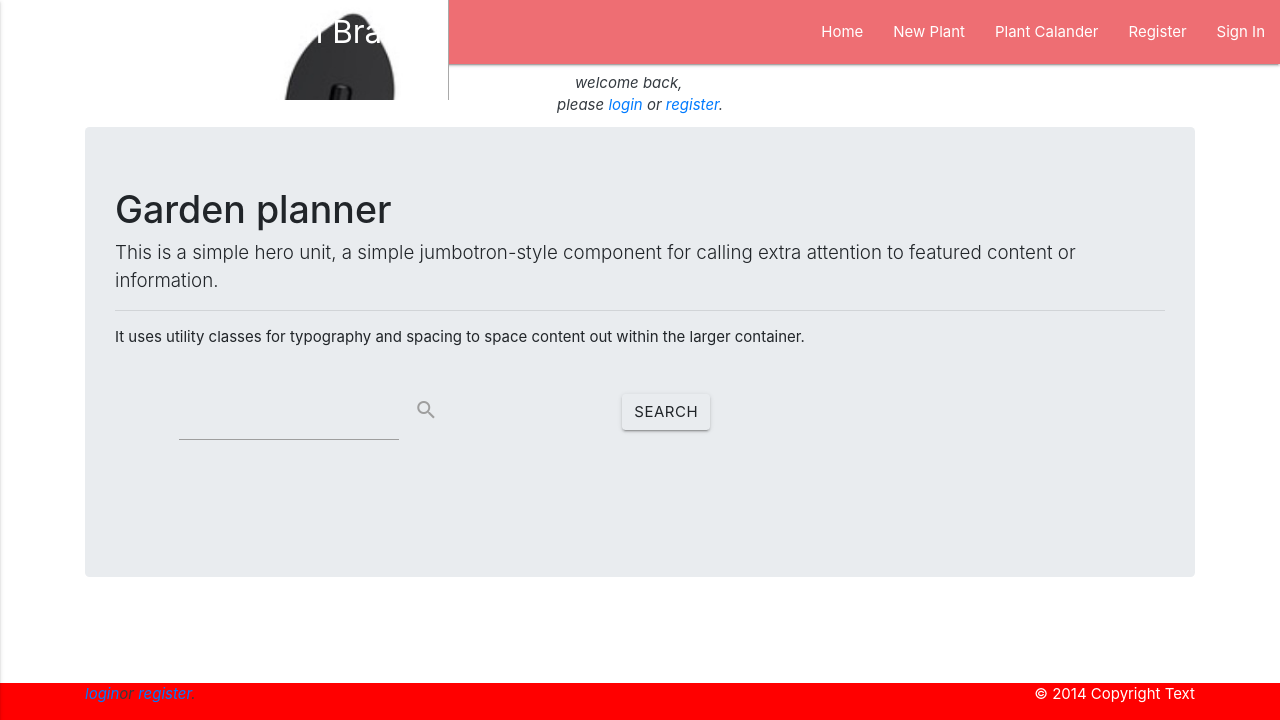
Repository: Lemoenskil/Milestone_project_3_Garden_planner
Page: http://localhost/
The author's editor kept a record of every edit. The page is drawn from the files as they stood at one moment, then again after the next edit.
The browser window is 1280 px wide. The pictures show the whole page.
Some web libraries are served in a nearby version. The page is served by the project's application, run on Flask 3 (app.py). Other server files are loaded and not shown. Queries for data that is not in the repository find no rows.

Above is the page before.
Console error: TypeError: $(...).floatingActionButton is not a function

### templates/plant_records.html
{% extends "base.html" %}
{% block content %}
<div class="">
  <div class="jumbotron text-left">
    <h1 class="display-6">Garden planner</h1>
    <p class="lead">This is a simple hero unit, a simple jumbotron-style component for calling extra attention to featured content or information.</p>
    <hr class="my-6">
    <p>It uses utility classes for typography and spacing to space content out within the larger container.</p>
    <div class="row">
      <form class="col-lg-12" id="search-site" action="{{ url_for('search') }}" ' method='get '>
        <div class="input-group mt-5 col-8">
          <div class="col-6 float-left">
          <label><input id="search" type="search" name='query' class="col-9"><i class="material-icons col-2" >search</i></label>
          </div>
          <div class="col-4 float-right">
          <button type="submit" class="input-group-addon btn">search</button>
          </div>
        </div>
      </form>
    </div>
  </div>
</div>

<div class="row text-center justify-content-center">
  {% for plant in plants%}
    <a href="{{url_for('view_plant', plant_id=plant._id)}}" class="card col-md-4 col-lg-3 mt-5 col-sm-12 col-xl-3" >
      <img src="{{plant.picture_link}}" class="card-img-top" alt="Responsive image" class="img-thumbnail">
      <div class="card-body">
         <h5 class="card-title">{{plant.plant_name}}</h5>
      </div>
    </a>
  {%endfor%}
</div>

<div>
  <div aria-label="" class="card-sm">
    <ul class="pagination justify-content-center">
      {% if page > 1 %}
      <li class="page-item">
        <a class="page-link" href="{{url_for('get_plant_record', page=page-1)}}" aria-label="Previous">
          <span aria-hidden="true">&laquo;</span>
          <span class="sr-only">Previous</span>
        </a>
      </li>
      {% endif %}
      {% for pagenum in pages %}
        {% if pagenum == page %}
          <li class="page-item active" aria-current="page">
        <a class="page-link" href="#">{{ pagenum }}<span class="sr-only">(current)</span></a> {% else %}
        <li class="page-item">
          <a class="page-link" href="{{url_for('get_plant_record', page=pagenum)}}">{{ pagenum }}</a></li>
        {% endif %}
      {% endfor %}
      {% if page < total %}
        <li class="page-item">
          <a class="page-link" href="{{url_for('get_plant_record', page=page+1)}}" aria-label="Next">
            <span aria-hidden="true">&raquo;</span>
            <span class="sr-only">Next</span>
          </a>
        </li>
      {% endif %}
    </ul>
  </div>
</div>

{% endblock %}

### templates/base.html
<!DOCTYPE html>
<html lang="en">
<head>
    <meta charset="UTF-8">
    <meta name="viewport" content="width=device-width, initial-scale=1.0">
    <meta http-equiv="X-UA-Compatible" content="ie=edge">
    <link href="https://fonts.googleapis.com/icon?family=Material+Icons" rel="stylesheet">
    <link rel="stylesheet" href="https://cdnjs.cloudflare.com/ajax/libs/materialize/0.100.2/css/materialize.min.css">
    <link href="https://stackpath.bootstrapcdn.com/bootstrap/4.4.1/css/bootstrap.min.css" rel="stylesheet" integrity="sha384-Vkoo8x4CGsO3+Hhxv8T/Q5PaXtkKtu6ug5TOeNV6gBiFeWPGFN9MuhOf23Q9Ifjh" crossorigin="anonymous">
    <link rel="stylesheet" href="{{url_for('static', filename='css/style.css')}}" type="text/css" />
    <title>Garden Planner</title>
</head>
<body>
    <header>
       <nav>
            <div class="nav-wrapper">
                <a href="{{url_for('get_plant_record')}}" class="brand-logo">Garden Planner North Brabant</a>
                <a href="{{url_for('get_plant_record')}}" data-activates="mobile" class="button-collapse"><i class="material-icons">menu</i></a>
                <ul class="right hide-on-med-and-down">
                    <li><a href="{{url_for('get_plant_record')}}">Home</a></li>
                    <li><a href="{{url_for('add_plant')}}">New Plant</a></li>
                    <li><a href="{{url_for('list_plant')}}">Plant Calander</a></li>
                    <li><a href="{{url_for('register_new_user')}}">Register</a></li>
                    <li><a href="">Sign In</a></li>
                </ul>
                <ul class="side-nav" id="mobile">
                    <li><a href="{{url_for('get_plant_record')}}">Home</a></li>
                    <li><a href="{{url_for('add_plant')}}">New Plant</a></li>
                    <li><a href="{{url_for('list_plant')}}">Plant Calander</a></li>
                    <li><a href="{{url_for('register_new_user')}}">Register</a></li>
                    <li><a href="">Sign In</a></li>

                </ul>
            </div>
        </nav>
            <div class="text-dark font-italic bg-transparent text-center pt-2 pr-4">welcome back, </div>
            <div class="text-dark font-italic bg-transparent text-center">please <a href="">login</a>
                or <a href="">register</a>.
            </div>
    </header>

    <main class="container">
        {% block content %}{% endblock %}

    </main>

    <footer class="page-footer">
        <div class="container" class="footer-copyright">
            <p class=float-right> © 2014 Copyright Text </p>
            <p class="text-dark font-italic bg-transparent float-left">
            <a href="">login</a>or <a href="">register</a>.</p>
        </div>
    </footer>

    <script src="https://code.jquery.com/jquery-3.4.1.slim.min.js" integrity="sha384-J6qa4849blE2+poT4WnyKhv5vZF5SrPo0iEjwBvKU7imGFAV0wwj1yYfoRSJoZ+n" crossorigin="anonymous"></script>
    <script src="https://cdnjs.cloudflare.com/ajax/libs/jquery/3.2.1/jquery.min.js"></script>
    <script src="https://stackpath.bootstrapcdn.com/bootstrap/4.4.1/js/bootstrap.min.js"></script>
    <script src="https://cdnjs.cloudflare.com/ajax/libs/materialize/0.100.2/js/materialize.min.js"></script>
    <script src="https://maxcdn.bootstrapcdn.com/bootstrap/4.1.1/js/bootstrap.min.js"></script>
    <script type="text/javascript">
        $(document).ready(function() {
            $(".button-collapse").sideNav();
            $('.fixed-action-btn').floatingActionButton();
        });
        $('#myModal').on('shown.bs.modal', function () {
             $('#myInput').trigger('focus')
        });
    </script>
</body>

</html>

### app.py
import os
from flask import Flask, render_template, redirect, request, url_for, session, flash
from flask_pymongo import PyMongo
from form import LoginForm, RegisterForm
from bson.objectid import ObjectId
import math
import re
import bcrypt



app = Flask ("----name----")
app.config["MONGO_DBNAME"] = 'garden_planner'
app.config["MONGO_URI"] = 'mongodb+srv://CP3O:iYmkh8QOgi2fhu2y@lemoenskil-4vjdx.mongodb.net/garden_planner?retryWrites=true&w=majority'

# Set the secret key to some random bytes. Keep this really secret!
app.secret_key = os.environ.get('SECRET_KEY') or 'y6rdh777y685hf67gk9786j65g9h*&^^*(^'

plants_per_page = 6

mongo = PyMongo(app)

@app.route('/')
@app.route('/plant_records')
def get_plant_record():
    page_number = int(request.args.get('page', 1))
    plants_to_skip = (page_number - 1) * plants_per_page
    plant_count = mongo.db.plant_data.count({})
    page_count = int(math.ceil(plant_count / plants_per_page))
    page_numbers = range(1, page_count + 1)
    plants_on_page = mongo.db.plant_data.find().skip(plants_to_skip).limit(plants_per_page)
    return render_template("plant_records.html", title="Home", plants=plants_on_page, page=page_number, pages=page_numbers, total=page_count)

@app.route('/register', methods=['GET', 'POST'])
def register_new_user():
    """Registers a new user"""
    form = RegisterForm(request.form)
    if form.validate_on_submit():
        all_existing_users = mongo.db.user_data
        found_user = all_existing_users.find_one({
            'name': request.form['username']
        })

        if found_user:
            flash(f"Username `{request.form['username']}` is already taken. Please try a different username.")
            return redirect(url_for('register_new_user'))
        else:
            # Convert password to hash to prevent password leakage should we get hacked
            hashed_password = bcrypt.hashpw(
                request.form['password'].encode('utf-8'), bcrypt.gensalt()
            )
            all_existing_users.insert_one({
                'name': request.form['username'],
                'password': hashed_password,
                'email': request.form['email']
            })
            # User successfully registered, so treat the user as logged in.
            session['username'] = request.form['username']
            return redirect(url_for('get_plant_record'))
    return render_template('register.html', title='Register', form=form)


@app.route('/list_plant')
def list_plant():
    return render_template("list_plant.html", plants=mongo.db.plant_data.find())

@app.route('/view_plant/<plant_id>')
def view_plant(plant_id):
    """Shows full plant details"""
    mongo.db.plant_data.find_one(
        {'_id': ObjectId(plant_id)},
    )
    plant_db = mongo.db.plant_data.find_one_or_404({'_id': ObjectId(plant_id)})
    return render_template("view_plant.html", plant=plant_db)

@app.route('/add_plant')
def add_plant():
    return render_template("add_plant.html")

@app.route('/insert_plant', methods=['POST'])
def insert_plant():
    plants = mongo.db.plant_data
    plants.insert_one(convert_form_to_plant_data(request.form))
    return redirect(url_for('get_plant_record'))

@app.route('/update_plant/<plant_id>')
def update_plant(plant_id):
    plants =  mongo.db.plant_data.find_one({"_id": ObjectId(plant_id)})
    return render_template('update_plant.html', plant=plants)

def convert_form_to_plant_data(form):
    value_sowing_under_glass = [ month for month in range(1, 13) if f"sowing-under-glass-{month}" in form ]
    value_outside_seeding = [ month for month in range(1, 13) if f"outside-seeding-{month}" in form ]
    value_harvest = [ month for month in range(1, 13) if f"harvest-{month}" in form ]
    return {
        'plant_name':form.get('plant_name'),
        'picture_link':form.get('picture_link'),
        'crop_group': form.get('crop_group'),
        'crop_family': form.get('crop_family'),
        'soil':form.get('soil'),
        'frost_tolerant':form.get('frost_tolerant'),
        'position':form.get('position'),
        'feeding':form.get('feeding'),
        'companions':form.get('companions'),
        'spacing':form.get('spacing'),
        'Sow_and_Plant':form.get('Sow_and_Plant'),
        'Harvesting':form.get('Harvesting'),
        'Pests':form.get('Pests'),
        'Note':form.get('Note'),
        'value_sowing_under_glass':value_sowing_under_glass,
        'value_outside_seeding':value_outside_seeding,
        'value_harvest':value_harvest,
    }

@app.route('/edit_plant/<plant_id>', methods=["POST"])
def edit_plant(plant_id):
    plants = mongo.db.plant_data
    plants.update( {'_id': ObjectId(plant_id)}, convert_form_to_plant_data(request.form))
    return redirect(url_for('get_plant_record'))

@app.route('/delete_plant/<plant_id>')
def delete_plant(plant_id):
    mongo.db.plant_data.remove({'_id': ObjectId(plant_id)})
    return redirect(url_for('get_plant_record'))

@app.route('/search')
def search():
    """Provides logic for search bar"""
    query_A = request.args['query'].strip()
    regx = re.compile(f".*{query_A}.*", re.IGNORECASE)
    query = {'$regex': regx }
    results = mongo.db.plant_data.find({
        '$or': [
            {'plant_name': query},
            {'Note': query},
            {'crop_group': query},
        ]
    })
    return render_template('search_results.html', query=query_A, results=results)

if __name__ == '__main__':
    app.run(host=os.environ.get('IP'),
            port=int(os.environ.get('PORT')),
            debug=True)

### static/css/style.css
.mt-5, .my-5 {
    margin: 2rem!important;
}

.brand-logo{
    background:url("/static/images/gardener.jpg");
    background-size: cover;
    min-height: 100px;
}
.card{
  width: 100%;
}

body {
  display: flex;
  min-height: 100vh;
  flex-direction: column;
}

main {
  flex: 1 0 auto;
}


.page-footer{
    left: 0;
    bottom: 0;
    width: 100%;
    background-color: red;
    color: white;
    text-align: center;
    padding: 0px;
}

.card-sm{
  margin-bottom: 50px;
}

.form-control-borderless {
    border: none;
}

.form-control-borderless:hover, .form-control-borderless:active, .form-control-borderless:focus {
    border: none;
    outline: none;
    box-shadow: none;
}

.search_box{
    width: 100%;
    margin: 6%;
}
.align-items-center{
    margin: 0px!important;
}

.under-glass{
    background-color: yellow;
}
.outside-seeding {
    background-color: orange;
}

.harvest{
    background-color: green;
}
.header-edit-form{
    text-align: center;
}

.list_headings{
    color: #d8e332!important;
}

.jumbotron{
    margin-top: 10px;
}

.input-group{
  display:table;
  width:100%;
}
.input-group .input-field,
.input-group .input-group-addon{
  display:table-cell;
}

.page-item.active .page-link{
    z-index: 0!important;
}

.card-img-top{
    width: 100%;
    height: 200px;
    object-fit: cover;
}
.modal{
    background-color: transparent;
    max-height: 100%;
}

.modal .modal-footer{
    background-color: transparent;
}

.container {
    overflow: auto;
}

After the next edit:
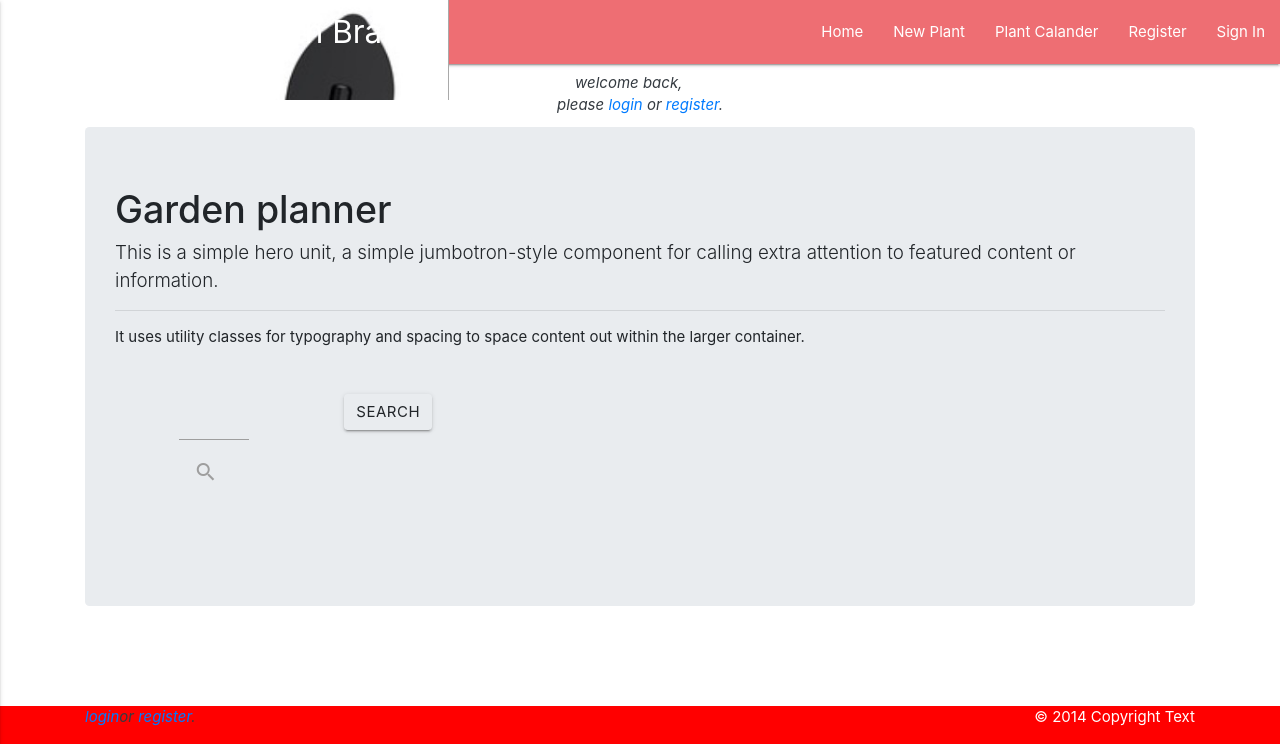
The edit:
--- a/templates/plant_records.html
+++ b/templates/plant_records.html
@@ -7,7 +7,7 @@
     <hr class="my-6">
     <p>It uses utility classes for typography and spacing to space content out within the larger container.</p>
     <div class="row">
-      <form class="col-lg-12" id="search-site" action="{{ url_for('search') }}" ' method='get '>
+      <form class="col-lg-5" id="search-site" action="{{ url_for('search') }}" ' method='get '>
         <div class="input-group mt-5 col-8">
           <div class="col-6 float-left">
           <label><input id="search" type="search" name='query' class="col-9"><i class="material-icons col-2" >search</i></label>
